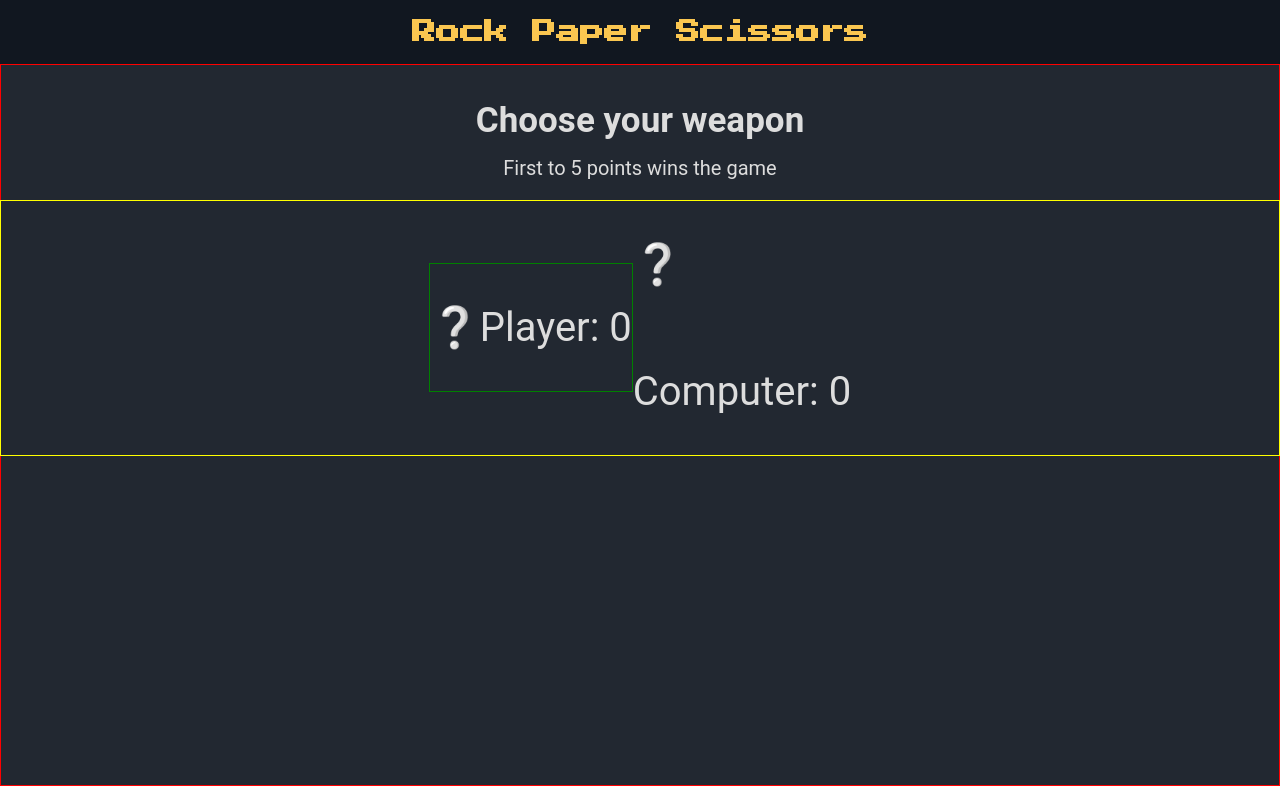
Repository: Aaryan-Poria/Rock-Paper-Scissors
Page: index.html
The author's editor kept a copy of each file at every save. The page is drawn from the files as they stood at one save, then again after the next save.
The browser window is 1280 px wide. The pictures show the whole page.

Above is the page before, as saved 2023-08-22 22:53:18.

After the next save:
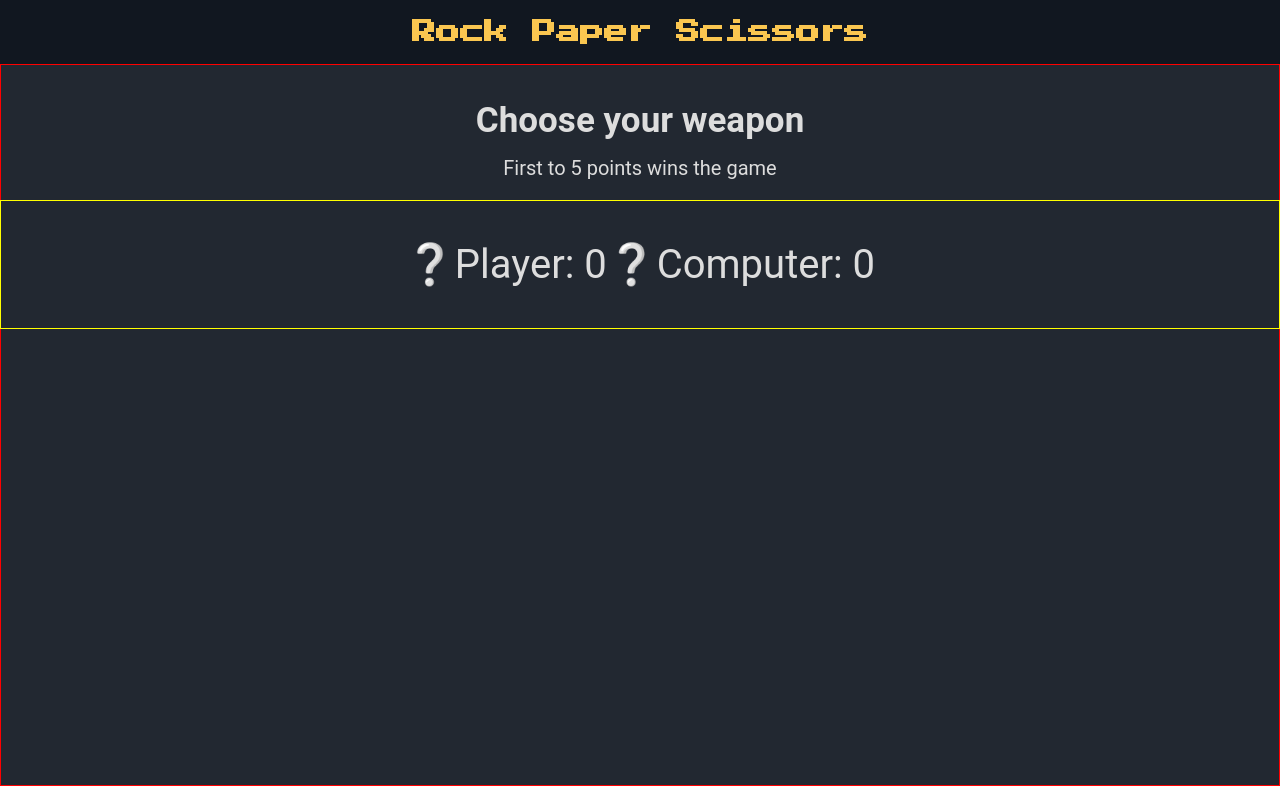
Saved 23 s later.
--- a/style.css
+++ b/style.css
@@ -52,9 +52,3 @@ body {
 .info {
   display: flex;
 }
-.player {
-  border: 1px solid green;
-}
-.comp {
-  flex-direction: column;
-}
